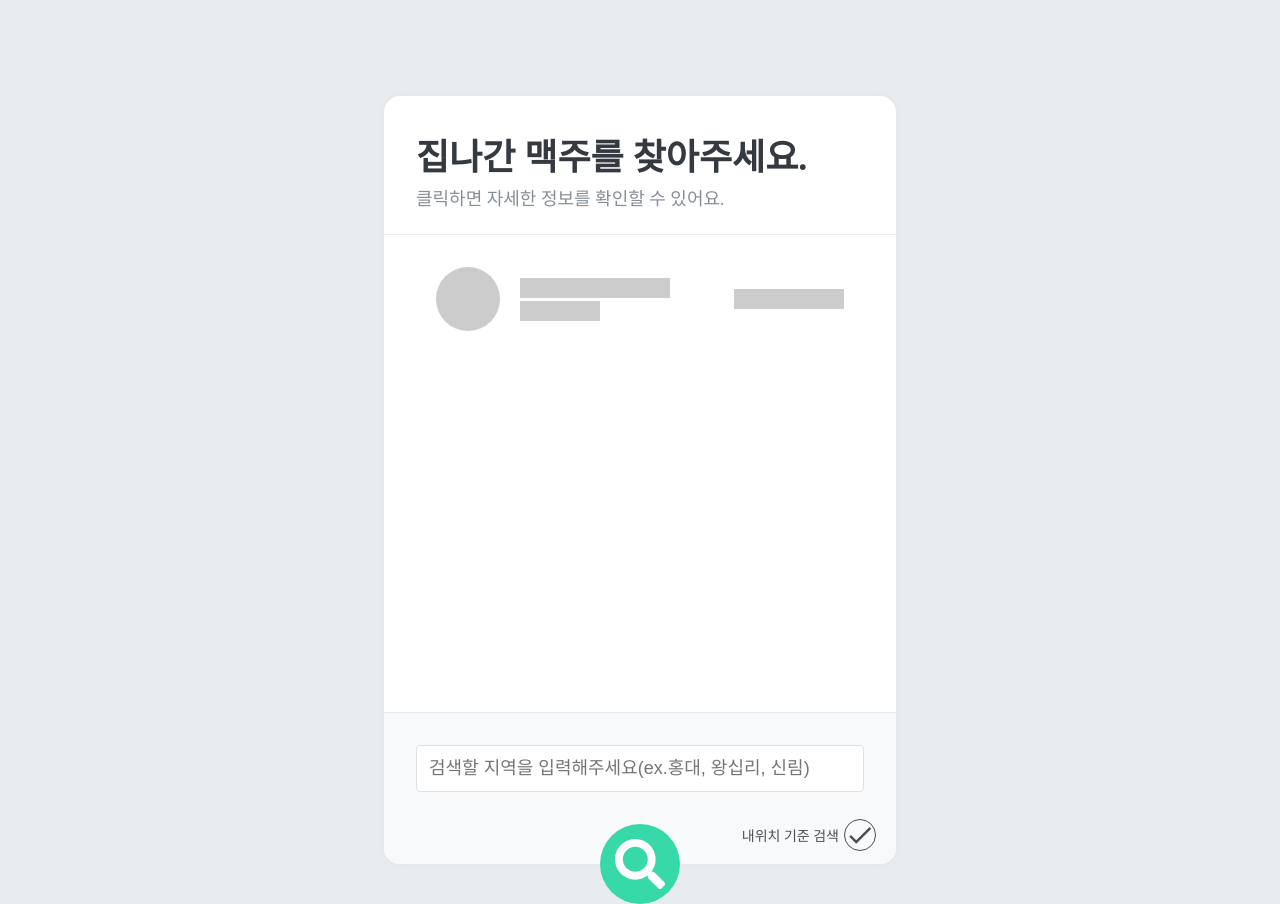
Repository: THE-SOPT-WEB/kimNamjun
Page: / (app in week4/bring-my-beer/)
An editor plug-in stored every save of this project. The page is shown before and after the next save, followed by the edit.
The browser window is 1280 px wide. The pictures show the whole page.
The project was rebuilt for these pictures with package versions that can differ from the ones it lists, and the page was loaded fresh each time. Also part of the build but not shown: week4/bring-my-beer/src/components/Item.jsx.

Above is the page before, as saved 2022-05-13 19:19:22.

### week4/bring-my-beer/public/index.html
<!DOCTYPE html>
<html lang="en">
  <head>
    <meta charset="utf-8" />
    <link rel="icon" href="%PUBLIC_URL%/favicon.ico" />
    <meta name="viewport" content="width=device-width, initial-scale=1" />
    <meta name="theme-color" content="#000000" />
    <meta name="description" content="Web site created using create-react-app"/>
    <link rel="apple-touch-icon" href="%PUBLIC_URL%/logo192.png" />
    <link rel="manifest" href="%PUBLIC_URL%/manifest.json" />

    <title>우리동네 맥주집</title>
  </head>
  <body>
    <noscript>You need to enable JavaScript to run this app.</noscript>
    <div id="root"></div>

  </body>
</html>

### week4/bring-my-beer/src/App.js
import React from 'react';
import { createGlobalStyle } from 'styled-components';
import Template from './components/Template';
import Header from './components/Header';
import List from './components/List';
import Search from './components/Search';
import { LocationsProvider } from './components/Context';
import SkeletonItem from './components/SkeletonItem';


const GlobalStyle = createGlobalStyle`
  body {
    background: #e9ecef;
  }
`;

function App() {
  return (
    <LocationsProvider>
      <GlobalStyle />
      <Template>
        <Header />
        <List />
        <Search />
      </Template>
    </LocationsProvider>
  );
}

export default App;

### week4/bring-my-beer/src/components/Template.jsx
import React from 'react';
import styled from 'styled-components';

const TemplateBlock = styled.div`
  width: 512px;
  height: 768px;

  position: relative;
  background: white;
  border-radius: 16px;
  box-shadow: 0 0 8px 0 rgba(0, 0, 0, 0.04);

  margin: 0 auto;

  margin-top: 96px;
  margin-bottom: 32px;
  display: flex;
  flex-direction: column;
`;

function Template({ children }) {
  return <TemplateBlock>{children}</TemplateBlock>;
}

export default Template;

### week4/bring-my-beer/src/components/Header.jsx
import React from 'react';
import styled from 'styled-components';

const HeaderBlock = styled.div`
  padding: 32px 32px 24px 32px;
  border-bottom: 1px solid #e9ecef;
  h1 {
    margin: 0;
    font-size: 36px;
    color: #343a40;
  }
  .tip {
    margin-top: 4px;
    color: #868e96;
    font-size: 18px;
  }
`;

function Header() {
  return (
    <HeaderBlock>
      <h1>집나간 맥주를 찾아주세요. </h1>
      <div className="tip">클릭하면 자세한 정보를 확인할 수 있어요.</div>
    </HeaderBlock>
  );
}

export default Header;

### week4/bring-my-beer/src/components/List.jsx
import React from 'react';
import styled from 'styled-components';
import { useLocationState } from './Context';
import Item from './Item';
import SkeletonItem from './SkeletonItem';

const ListBlock = styled.div`
  flex: 1;
  padding: 20px 32px;
  padding-bottom: 48px;
  overflow-y: auto;
`;

function List() {
  const Locations = useLocationState();

  return (
    <ListBlock>
      <SkeletonItem></SkeletonItem>
      {/* {Locations.map( location => (
          <Item
            key={location.id}
            id={location.id}
            title={location.title}
            adress={location.adress}
            contact={location.contact}
          />
      ))} */}
    </ListBlock>
  );
}

export default List;

### week4/bring-my-beer/src/components/Search.jsx
import React, {useState} from 'react';
import styled, {css} from 'styled-components';
import { FaSearch } from 'react-icons/fa';
import { MdDone } from 'react-icons/md';
import { useLocationDispatch, useLocationNextId } from './Context';

const CircleButton = styled.button`
  background: #38d9a9;
  &:hover {
    background: #63e6be;
  }
  &:active {
    background: #20c997;
  }

  cursor: pointer;
  width: 80px;
  height: 80px;
  display: block;
  align-items: center;
  justify-content: center;
  font-size: 50px;
  position: absolute;
  left: 50%;
  bottom: 0px;
  transform: translate(-50%, 50%);
  color: white;
  border-radius: 50%;
  border: none;
  outline: none;
  display: flex;
  align-items: center;
  justify-content: center;
  transition: 0.125s all ease-in;

`;

const InsertFormPositioner = styled.div`
  width: 100%;
  bottom: 0;
  left: 0;
  position: absolute;
`;

const InsertForm = styled.form`
  background: #f8f9fa;
  padding: 32px 32px 72px 32px;
  border-bottom-left-radius: 16px;
  border-bottom-right-radius: 16px;
  border-top: 1px solid #e9ecef;
`;

const Input = styled.input`
  padding: 12px;
  border-radius: 4px;
  border: 1px solid #dee2e6;
  width: 100%;
  outline: none;
  font-size: 18px;
  box-sizing: border-box;
`;

const CheckBox = styled.div`
  font-size: 14px;
  position: absolute;
  right: 20px;
  bottom: 5px;
  display: flex;
  align-items: center;
  justify-content: center;
  transition: 0.125s all ease-in;
  color: #495057;
`

const SmallCheckButton = styled.div`
  &:hover {
    border: 1px solid #38d9a9;
    color:#38d9a9;
  }
  &:active {
    border: 1px solid #20c997;;
    color:#20c997;;
  }

  cursor: pointer;
  width: 30px;
  height: 30px;
  font-size: 50px;
  color: #495057;
  border: 1px solid #495057;
  border-radius: 50%;
  margin-left: 5px;
  display: flex;
  align-items: center;
  justify-content: center;

  transition: 0.125s all ease-in;
  ${props =>
    props.checked &&
    css`
      border: 1px solid #38d9a9;
      color:#38d9a9;
    `}
`

function Search() {
  const [checked, setChecked] = useState(false);
  const [value, setValue] = useState('');
  const Check = () => setChecked(!checked);

  const dispatch = useLocationDispatch();
  const nextId = useLocationNextId();
  const onChange = e => setValue(e.target.value);
  const onSubmit = e => {
    e.preventDefault();
    dispatch({
      type:"SEARCH",
      location: {
        id : nextId.current,
        title: value,
        adress: '당곡 6길 65',
        contact : '010-4580-7180'
      }
    });
    setValue('');
    nextId.current += 1;
  }

  return (
    <>
        <InsertFormPositioner>
          <InsertForm>
            <Input
            autoFocus
            placeholder="검색할 지역을 입력해주세요(ex.홍대, 왕십리, 신림)"
            onChange={onChange}
            value={value}
            disabled={checked ? true : false } />
          </InsertForm>
        </InsertFormPositioner>
      <CircleButton onClick={onSubmit}>
        <FaSearch/>
      </CircleButton>
      <CheckBox>
        <p> 내위치 기준 검색</p>
        <SmallCheckButton onClick={Check} checked={ checked ? true : false }>
          <MdDone/>
        </SmallCheckButton>
      </CheckBox>

    </>
  );
}

export default React.memo(Search);

### week4/bring-my-beer/src/components/Context.jsx
import React, { useReducer, createContext, useContext, useRef } from 'react';


const initialState = {
    locations: {
        loading : false,
        data: null,
        error: null
    },
    location: {
        loading : false,
        data: null,
        error: null
    }
}

const loadingState = {
    loading: true,
    data: null,
    error: null
};

const success = data => ({
    loading: false,
    data,
    error: null
});

const error = error => ({
    loading: false,
    data: null,
    error: error
  });

function LocationsReducer(state, action) {
    switch (action.type) {
        case 'GET_LOCATIONS':
        return {
            ...state,
            users: loadingState
        };
        case 'GET_LOCATIONS_SUCCESS':
        return {
            ...state,
            users: success(action.data)
        };
        case 'GET_LOCATIONS_ERROR':
        return {
            ...state,
            users: error(action.error)
        };
        default:
        throw new Error(`Unhanded action type: ${action.type}`);
    }
}

const LocationsStateContext = createContext(null);
const LocationsDispatchContext = createContext(null);
const LocationsNextIdContext = createContext();


export function LocationsProvider({ children }) {
    const [state, dispatch] = useReducer(LocationsReducer, initialState);
    const nextId = useRef(0);

    return (
        <LocationsStateContext.Provider value={state}>
            <LocationsDispatchContext.Provider value={dispatch}>
                <LocationsNextIdContext.Provider value={nextId}>
                    {children}
                </LocationsNextIdContext.Provider>
            </LocationsDispatchContext.Provider>
        </LocationsStateContext.Provider>
    );
}

export function useLocationState() {
    const state = useContext(LocationsStateContext);
    if (!state) {
        throw new Error('Cannot find LocationProvider');
    }
    return state;
}

export function useLocationDispatch() {
    const dispatch = useContext(LocationsDispatchContext);
    if (!dispatch) {
        throw new Error('Cannot find LocationProvider');
    }
    return dispatch;
}

export function useLocationNextId() {
    const context = useContext(LocationsNextIdContext);
    if (!context) {
        throw new Error('Cannot find LocationProvider');
    }
    return context;
}

### week4/bring-my-beer/src/components/SkeletonItem.jsx
import React from 'react';
import styled  from 'styled-components';

const SkeletonBlock = styled.div`
    display: flex;
    align-items: center;
    padding: 12px 20px;
    overflow: hidden;
    position: relative;

    @keyframes loading {
    0% {
        transform: translateX(0);
    }
    50%,
    100% {
        transform: translateX(460px);
        }
    }
`;

const SkeletonBase = styled.div`
    overflow: hidden;
    position: relative;
    height:20px;
    background-color: #ccc;

    &::before{
        content: "";
        position: absolute;
        top: 0;
        left: 0;
        width: 130px;
        height: 100%;
        background: linear-gradient(to right, #ddd, #f2f2f2, #ddd);
        animation: loading 1.6s infinite linear;
    }
`

const SkeletonIcon = styled(SkeletonBase)`
    width: 64px;
    height: 64px;
    border-radius: 50px;
    margin-right: 20px;
`;

const SkeletonTitleBox = styled.div`
    flex-grow: 1;
`

const SkeletonTitle = styled(SkeletonBase)`
    width: 150px;
`;

const SkeletonAdress = styled(SkeletonBase)`
    width: 80px;
    margin-top: 3px;
`

const  SkeletonContact = styled(SkeletonBase)`
    width: 110px;
`

function SkeletonItem() {
    return (
    <SkeletonBlock>
        <SkeletonIcon/>
    <SkeletonTitleBox>
        <SkeletonTitle/>
        <SkeletonAdress/>
    </SkeletonTitleBox>
    <SkeletonContact/>
    </SkeletonBlock>
    );
}

export default SkeletonItem;

Loaded but not shown: week4/bring-my-beer/src/index.js (common file)

After the next save:
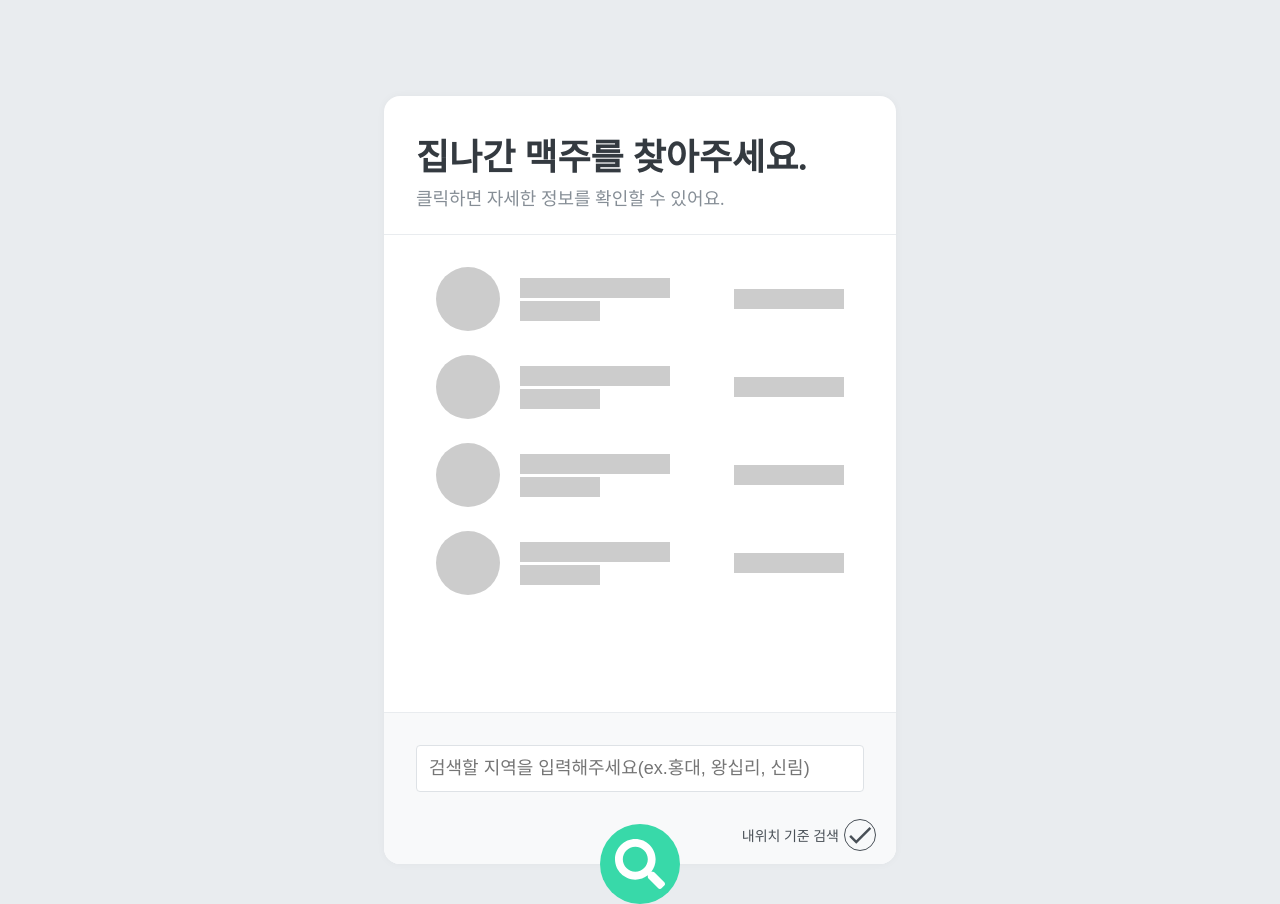
Saved 6 min 16 s later.
--- a/week4/bring-my-beer/src/components/List.jsx
+++ b/week4/bring-my-beer/src/components/List.jsx
@@ -17,6 +17,9 @@ function List() {
   return (
     <ListBlock>
       <SkeletonItem></SkeletonItem>
+      <SkeletonItem></SkeletonItem>
+      <SkeletonItem></SkeletonItem>
+      <SkeletonItem></SkeletonItem>
       {/* {Locations.map( location => (
           <Item
             key={location.id}
